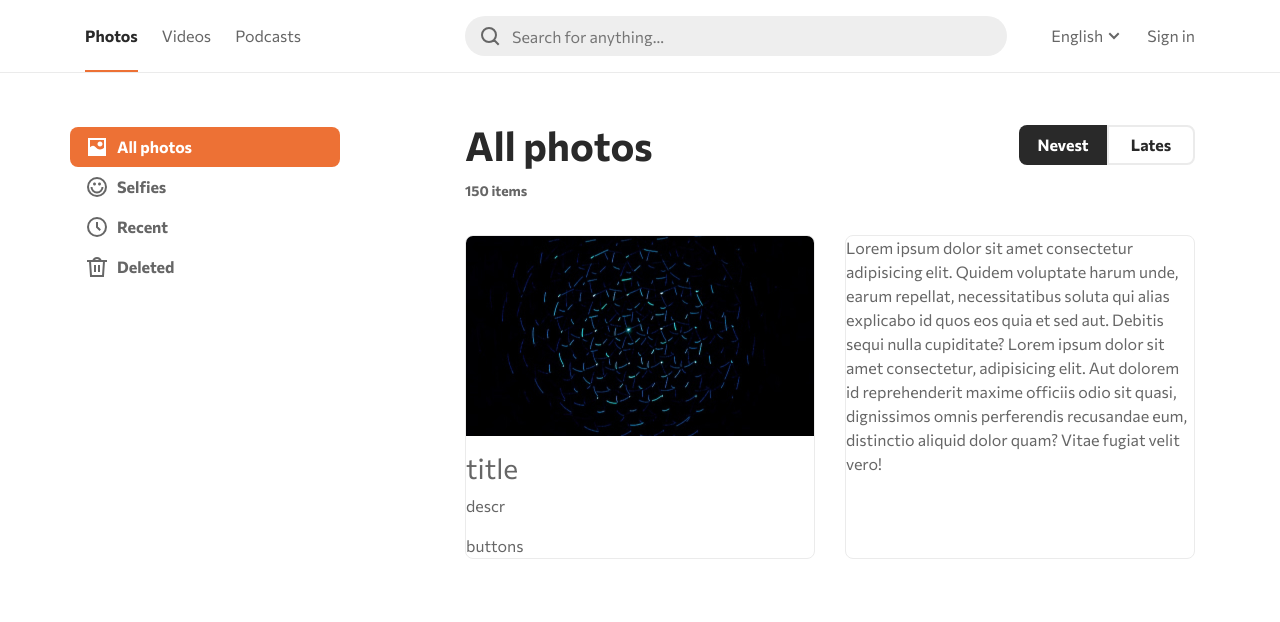
Repository: densavi/djinni
Page: index.html
The author's editor kept a copy of each file at every save. The page is drawn from the files as they stood at one save, then again after the next save.
The browser window is 1280 px wide. The pictures show the whole page.
The style sheet was rebuilt from its Sass, Less or Tailwind sources for each picture, by a compiler version that may differ from the author's.

Above is the page before, as saved 2023-04-11 00:12:40.

### index.html
<!DOCTYPE html>
<html lang="en">
<head>
  <meta charset="UTF-8">
  <meta http-equiv="X-UA-Compatible" content="IE=edge">
  <meta name="viewport" content="width=device-width, initial-scale=1.0">
  <title>Photos</title>
  <link rel="stylesheet" href="https://cdn.jsdelivr.net/npm/bootstrap@4.6.2/dist/css/bootstrap.min.css" integrity="sha384-xOolHFLEh07PJGoPkLv1IbcEPTNtaed2xpHsD9ESMhqIYd0nLMwNLD69Npy4HI+N" crossorigin="anonymous">
  <link rel="stylesheet" href="css/style.css">
</head>
<body>

  <header class="header">
    <div class="container">
      <div class="row d-flex justify-content-between align-items-center">
        <div class="col-3">
          <button class="open-menu"><span></span></button>
          <nav class="header__nav">
            <ul class="nav">
              <li class="nav-item">
                <a class="nav-link active" aria-current="page" href="#">Photos</a>
              </li>
              <li class="nav-item">
                <a class="nav-link" href="#">Videos</a>
              </li>
              <li class="nav-item">
                <a class="nav-link" href="#">Podcasts</a>
              </li>
            </ul>
          </nav>
        </div>
        <div class="col-8 d-flex align-items-center justify-content-end">
          <label for="search" class="header__search">
            <img src="img/search.svg" alt="Search">
            <input type="search" placeholder="Search for anything...">
          </label>
          <div class="dropdown show">
            <a class="header__lang-link" href="#" role="button" id="dropdownMenuLink" data-toggle="dropdown" aria-haspopup="true" aria-expanded="false">
              English
              <svg width="12" height="8" viewBox="0 0 12 8" fill="none" xmlns="http://www.w3.org/2000/svg">
                <path d="M2 2L6 6L10 2" stroke="#666666" stroke-width="2" stroke-linecap="square"/>
              </svg>
            </a>

            <div class="dropdown-menu" aria-labelledby="dropdownMenuLink">
              <a class="dropdown-item" href="#">Ukraine</a>
              <a class="dropdown-item" href="#">Polish</a>
            </div>
          </div>
          <a href="#" class="header__sign-in">Sign in</a>
        </div>
      </div>
    </div>
  </header>


  <div class="wrapper">
    <div class="container">
      <div class="row d-flex justify-content-between">
        <div class="col-3 sidebar">
          <ul class="nav sidebar__tabs">
            <li class="sidebar__item">
              <a class="d-flex align-items-center sidebar__link active" data-toggle="tab" href="#all-photos">
                <svg width="24" height="24" viewBox="0 0 24 24" fill="none" xmlns="http://www.w3.org/2000/svg">
                  <path d="M15 6.5C13.6193 6.5 12.5 7.61929 12.5 9C12.5 10.3807 13.6193 11.5 15 11.5C16.3807 11.5 17.5 10.3807 17.5 9C17.5 7.61929 16.3807 6.5 15 6.5Z" fill="#666666"/>
                  <path fill-rule="evenodd" clip-rule="evenodd" d="M3 3H21V21H18.5266L18.4945 21.0002H5.5L5.46787 21H3V3ZM19 12.8362C17.8552 13.898 16.7044 14.4537 15 14.4537C13.0944 14.4537 11.6208 13.2859 10.1527 11.7048C9.15108 10.6262 7.51491 10.4335 6.29018 11.25L6.26758 11.2651L5 12.2134V5H19V12.8362Z" fill="#666666"/>
                </svg>
                All photos
              </a>
            </li>
            <li class="sidebar__item">
              <a class="d-flex align-items-center sidebar__link" data-toggle="tab" href="#selfies">
                <svg width="24" height="24" viewBox="0 0 24 24" fill="none" xmlns="http://www.w3.org/2000/svg">
                  <path d="M17.5 12C17.5 15.0376 15.0376 17.5 12 17.5C8.96243 17.5 6.5 15.0376 6.5 12M21 12C21 16.9706 16.9706 21 12 21C7.02944 21 3 16.9706 3 12C3 7.02944 7.02944 3 12 3C16.9706 3 21 7.02944 21 12Z" stroke="#666666" class="hover-fill" stroke-width="2"/>
                  <path d="M11 9C11 9.82843 10.3284 10.5 9.5 10.5C8.67157 10.5 8 9.82843 8 9C8 8.17157 8.67157 7.5 9.5 7.5C10.3284 7.5 11 8.17157 11 9Z" fill="#666666"/>
                  <path d="M16 9C16 9.82843 15.3284 10.5 14.5 10.5C13.6716 10.5 13 9.82843 13 9C13 8.17157 13.6716 7.5 14.5 7.5C15.3284 7.5 16 8.17157 16 9Z" fill="#666666"/>
                </svg>
                Selfies
              </a>
            </li>
            <li class="sidebar__item">
              <a class="d-flex align-items-center sidebar__link" data-toggle="tab" href="#recent">
                <svg width="24" height="24" viewBox="0 0 24 24" fill="none" xmlns="http://www.w3.org/2000/svg">
                  <path d="M12 8V12L14.5 14.5M21 12C21 16.9706 16.9706 21 12 21C7.02944 21 3 16.9706 3 12C3 7.02944 7.02944 3 12 3C16.9706 3 21 7.02944 21 12Z" stroke="#666666" stroke-width="2" stroke-linecap="square"/>
                </svg>
                Recent
              </a>
            </li>
            <li class="sidebar__item">
              <a class="d-flex align-items-center sidebar__link" data-toggle="tab" href="#deleted">
                <svg width="24" height="24" viewBox="0 0 24 24" fill="none" xmlns="http://www.w3.org/2000/svg">
                  <path d="M6 21L5.00221 21.0665L5.06445 22H6V21ZM18 21V22H18.9356L18.9978 21.0665L18 21ZM3 5H2V7H3V5ZM21 7H22V5H21V7ZM11 11V10H9V11H11ZM9 16V17H11V16H9ZM15 11V10H13V11H15ZM13 16V17H15V16H13ZM4.00221 6.06652L5.00221 21.0665L6.99779 20.9335L5.99779 5.93348L4.00221 6.06652ZM6 22H18V20H6V22ZM18.9978 21.0665L19.9978 6.06652L18.0022 5.93348L17.0022 20.9335L18.9978 21.0665ZM19 5H5V7H19V5ZM3 7H5V5H3V7ZM19 7H21V5H19V7ZM9 11V16H11V11H9ZM13 11V16H15V11H13ZM12 4C13.3965 4 14.5725 4.95512 14.9055 6.24926L16.8424 5.75074C16.2874 3.59442 14.3312 2 12 2V4ZM9.09445 6.24926C9.42754 4.95512 10.6035 4 12 4V2C9.66883 2 7.71258 3.59442 7.15758 5.75074L9.09445 6.24926Z" fill="#666666"/>
                </svg>
                Deleted
              </a>
            </li>
          </ul>
        </div>
        <div class="col-8">
            <div class="tab-content">
              <div role="tabpanel" class="tab-pane active" id="all-photos">


                <div class="content__head d-flex align-items-center justify-content-between">
                  <h2 class="content__title">All photos</h2>
                  <ul class="nav content__tabs">
                    <li class="content__item">
                      <a class="content__link active" data-toggle="tab" href="#nevest">Nevest</a>
                    </li>
                    <li class="content__item">
                      <a class="content__link" data-toggle="tab" href="#lates">Lates</a>
                    </li>
                  </ul>
                </div>

                <div class="content__items">150 items</div>


                <div class="tab-content">
                  <div role="tabpanel" class="tab-pane active" id="nevest">
                    <div class="row">
                      <div class="col-6">
                        <div class="post d-flex flex-column">
                          <a href="#" class="post__image">
                            <img src="img/post-1.jpg" alt="">
                          </a>
                          <div class="post__info">
                            <h3 class="post__title">title</h3>
                            <p class="post__descr">descr</p>
                          </div>
                          <div class="post__buttons">
                            buttons
                          </div>
                        </div>
                      </div>
                      <div class="col-6">
                        <div class="post">
                          Lorem ipsum dolor sit amet consectetur adipisicing elit. Quidem voluptate harum unde, earum repellat, necessitatibus soluta qui alias explicabo id quos eos quia et sed aut. Debitis sequi nulla cupiditate?
                          Lorem ipsum dolor sit amet consectetur, adipisicing elit. Aut dolorem id reprehenderit maxime officiis odio sit quasi, dignissimos omnis perferendis recusandae eum, distinctio aliquid dolor quam? Vitae fugiat velit vero!
                        </div>
                      </div>
                    </div>

                  </div>
                  <div role="tabpanel" class="tab-pane" id="lates">
                    <div class="alert alert-info">There is nothing here :)</div>
                  </div>

                </div>

              </div>

              <div role="tabpanel" class="tab-pane" id="selfies">
                <div class="alert alert-info">There is nothing here :)</div>
              </div>
              <div role="tabpanel" class="tab-pane" id="recent">
                <div class="alert alert-info">There's nothing here either :(</div>
              </div>
              <div role="tabpanel" class="tab-pane" id="deleted">
                <div class="alert alert-info">And here :(</div>
              </div>

            </div>
        </div>



      </div>
    </div>
  </div>

  <script src="https://code.jquery.com/jquery-3.6.4.min.js" integrity="sha256-oP6HI9z1XaZNBrJURtCoUT5SUnxFr8s3BzRl+cbzUq8=" crossorigin="anonymous"></script>
  <script src="https://cdn.jsdelivr.net/npm/bootstrap@4.6.2/dist/js/bootstrap.min.js" integrity="sha384-+sLIOodYLS7CIrQpBjl+C7nPvqq+FbNUBDunl/OZv93DB7Ln/533i8e/mZXLi/P+" crossorigin="anonymous"></script>
  <script src="js/main.js"></script>
</body>
</html>

### css/style.scss
@import url('https://fonts.googleapis.com/css2?family=Commissioner:wght@400;700&display=swap');

@import 'vars';
@import 'typo';

@import 'components/header';
@import 'components/mobile-menu';
@import 'components/sidebar';
@import 'components/content';
@import 'components/post';

### css/_vars.scss
$darkBlack: #292929;
$grey: #666666;
$lightGrey: #EEEEEE;

$orange: #ED7135;

$mainFont: 'Commissioner', sans-serif;

$tablet: 992px;
$mobile: 768px;

### css/_typo.scss
body {
  font: 16px/24px $mainFont;
  color: $grey;
}

a {
  color: $mainFont;
  text-decoration: underline;
  &:hover {
    text-decoration: none;
  }
}


.wrapper {
  padding-top: 54px;
}

### css/components/_header.scss
.header {
  border-bottom: 1px solid #EBEBEB;
  padding: 16px 0;
  &__search {
    background: $lightGrey;
    padding: 0 0 0 16px;
    display: flex;
    align-items: center;
    border-radius: 100px;
    margin: 0;
    width: 546px;
    flex: 1;
    @media (max-width: $mobile) {
      display: none;
    }
    img {
      display: flex;
    }
    input[type="search"] {
      height: 40px;
      border: 0;
      background: transparent;
      outline: none;
      width: 100%;
      padding: 0 12px;
    }
  }
  &__sign-in {
    text-decoration: none;
    color: $grey;
    transition: color .3s ease;
    margin-left: 27px;
    @media (max-width: $tablet) {
      margin-left: 15px;
    }
    &:hover {
      color: $orange;
    }
  }
  &__lang-link {
    color: $grey;
    text-decoration: none;
    transition: color .3s ease;
    svg {
      margin-left: 2px;
      transform: translateY(-2px);
      path {
        transition: transform .3s ease;
      }
    }
    &:hover {
      color: $orange;
      svg {
        path {
          stroke: $orange;
        }
      }
    }
  }
  .dropdown-item {
    text-decoration: none;
  }
  .dropdown {
    margin-left: 44px;
    @media (max-width: $tablet) {
      margin-left: 20px;
    }
    @media (max-width: $mobile) {
      display: none;
    }
  }
  &__nav {
    @media (max-width: $mobile) {
      display: none;
    }
    .nav-item {
      &:not(:last-child) {
        margin-right: 24px;
        @media (max-width: $tablet) {
          margin-right: 13px;
        }
      }
    }
    .nav-link {
      padding: 0;
      text-decoration: none;
      color: $grey;
      position: relative;
      &:before {
        content: '';
        position: absolute;
        bottom: -24px;
        width: 0;
        height: 2px;
        background: $orange;
        left: 0;
        transition: all .3s ease;
      }
      &.active {
        font-weight: 700;
        color: $darkBlack;
      }
      &:hover,
      &.active {
        &:before {
          width: 100%;
        }
      }
    }
  }
}

### css/components/_mobile-menu.scss
.open-menu {
  width: 30px;
  height: 20px;
  border: 0;
  position: relative;
  background: transparent;
  display: none;
  cursor: pointer;
  @media (max-width: $mobile) {
    display: block;
  }
  span,
  &:before,
  &:after {
    content: '';
    position: absolute;
    left: 0;
    height: 4px;
    background: $grey;
    width: 100%;
    top: 50%;
    margin-top: -2px;
    transition: all .5s ease;
    border-radius: 4px;
  }
  &:before {
    top: 0;
    margin: 0;
  }
  &:after {
    top: auto;
    margin: 0;
    bottom: 0;
  }
  &.active {
    span {
      opacity: 0;
    }
    &:before {
      transform: rotate(50deg);
      top: 50%;
    }
    &:after {
      transform: rotate(-50deg);
      top: 50%;
    }
  }
}

### css/components/_sidebar.scss
.sidebar {
  &__item {
    margin-left: -15px;
    width: calc(100% + 15px);
  }
  &__link {
    height: 40px;
    border-radius: 8px;
    padding: 0 15px;
    color: $grey;
    text-decoration: none;
    font-weight: 700;
    display: flex;
    svg {
      margin-right: 8px;
    }
    &.active,
    &:hover {
      background: $orange;
      color: #fff;
      svg {
        path {
          fill: #fff;
        }
        .hover-fill {
          fill: #ED7135 !important;
          stroke: #fff;
        }
      }
    }
    &.active:hover {
      color: #fff;
    }
  }
}

### css/components/_content.scss
.content {
  &__head {
    margin-bottom: 4px;
    margin-top: -12px;
  }
  &__title {
    margin: 0;
    color: $darkBlack;
    font-size: 40px;
    line-height: 1.5;
    font-weight: 700;
  }
  &__items {
    margin-bottom: 32px;
    font-weight: 700;
    color: $grey;
    font-size: 14px;
  }
  &__link {
    display: flex;
    height: 40px;
    width: max-content;
    text-decoration: none;
    font-weight: bold;
    border: 2px solid #EBEBEB;
    align-items: center;
    color: $darkBlack;
    width: 88px;
    text-align: center;
    justify-content: center;
    &.active {
      background: $darkBlack;
      color: #fff;
      text-decoration: none;
      border-color: transparent;
    }
  }
  &__item {
    &:first-child {
      .content__link {
        border-radius: 8px 0 0 8px;
      }
    }
    &:last-child {
      .content__link {
        border-radius: 0 8px 8px 0;
      }
    }
  }
}

### css/components/_post.scss
.post {
  border: 1px solid #EBEBEB;
  border-radius: 8px;
  overflow: hidden;
  height: 100%;
  &__info {
    flex: 1;
  }
  &__image {
    display: flex;
    height: 200px;
    margin-bottom: 16px;
    img {
      width: 100%;
      height: 100%;
      object-fit: cover;
    }
  }
}

Loaded but not shown: js/main.js (no stored copy; drawn as an empty file)

After the next save:
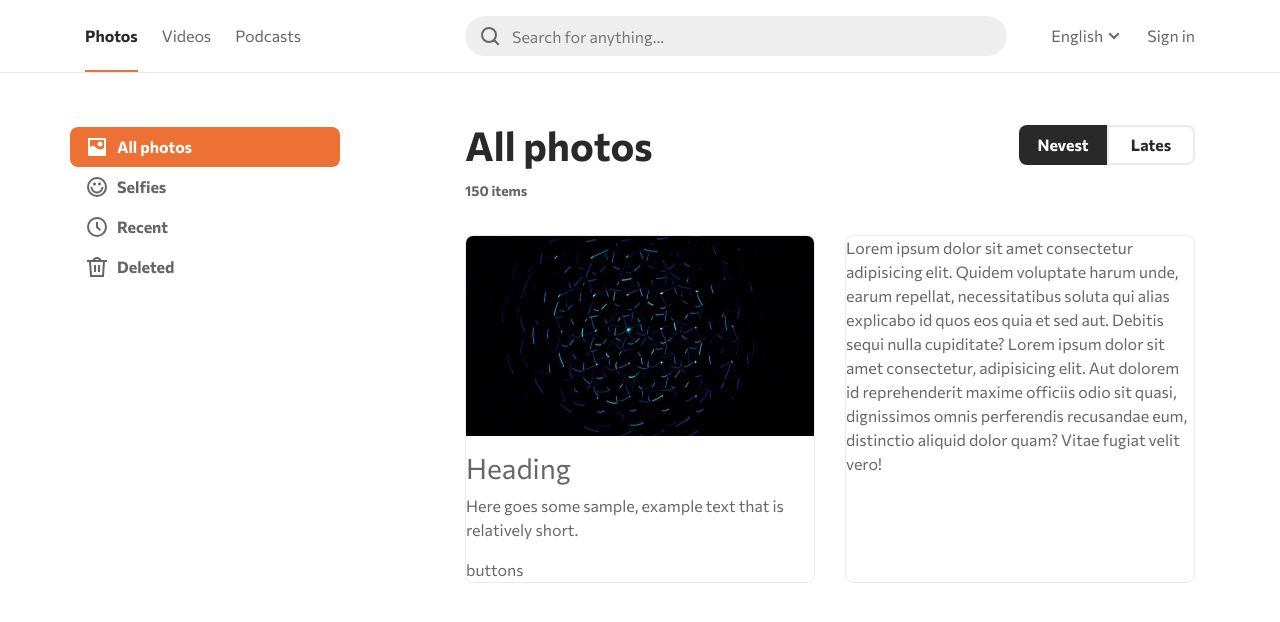
Saved 35 s later.
--- a/index.html
+++ b/index.html
@@ -125,8 +125,8 @@
                             <img src="img/post-1.jpg" alt="">
                           </a>
                           <div class="post__info">
-                            <h3 class="post__title">title</h3>
-                            <p class="post__descr">descr</p>
+                            <h3 class="post__title">Heading</h3>
+                            <p class="post__descr">Here goes some sample, example text that is relatively short.</p>
                           </div>
                           <div class="post__buttons">
                             buttons
